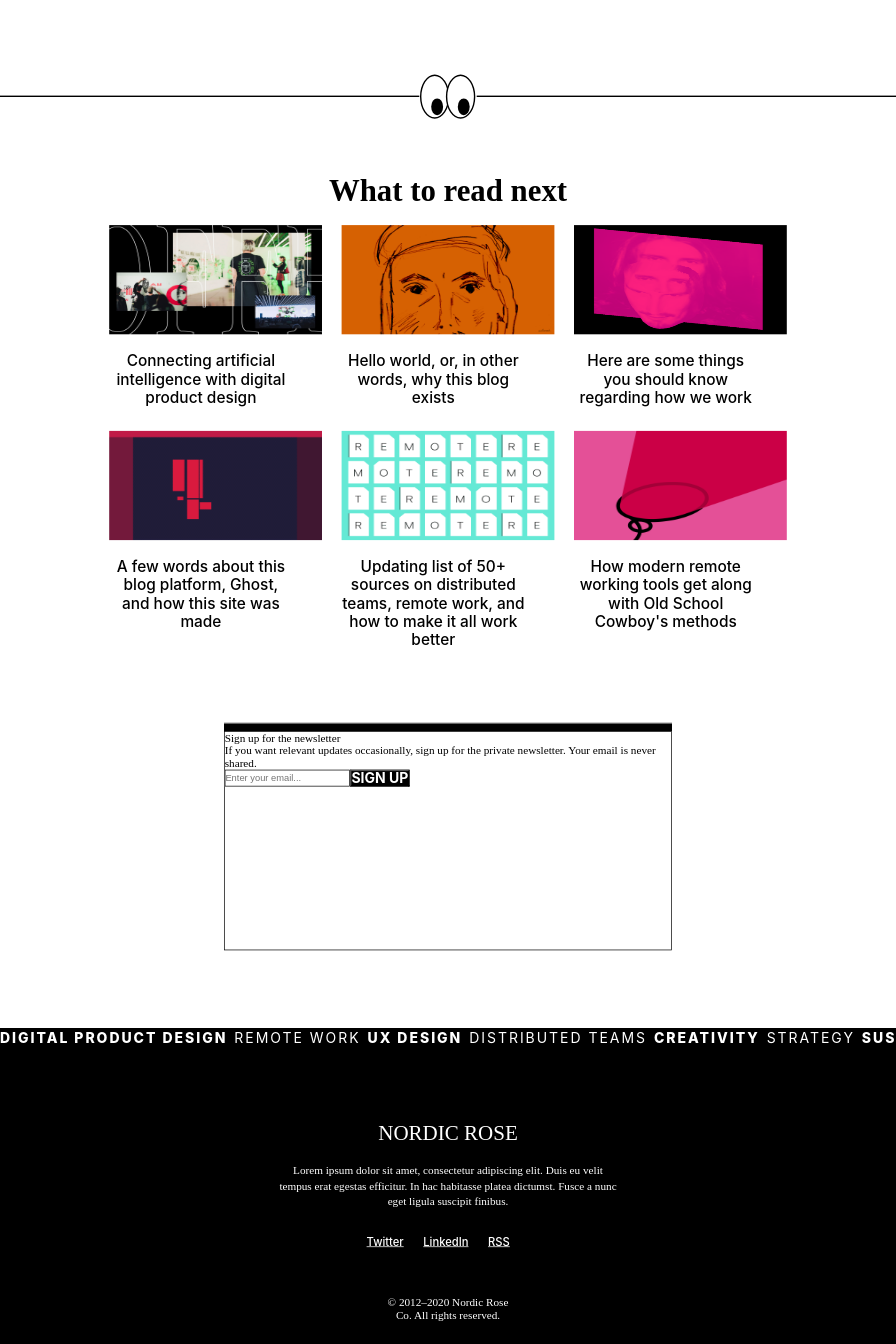
Repository: ThuTrang-jvb/JVB-BT1
Page: Page 3/article.html
These files come from the project's save history. The page is drawn as it stood at one moment and after the next save; the edit follows.
The browser window is 1280 px wide. The pictures show the part of the page from y = 3931 to 5851 px (the page is 5851 px tall), at 70% of full size.

Above is the page before, as saved 2025-06-30 10:14:33.

After the next save:
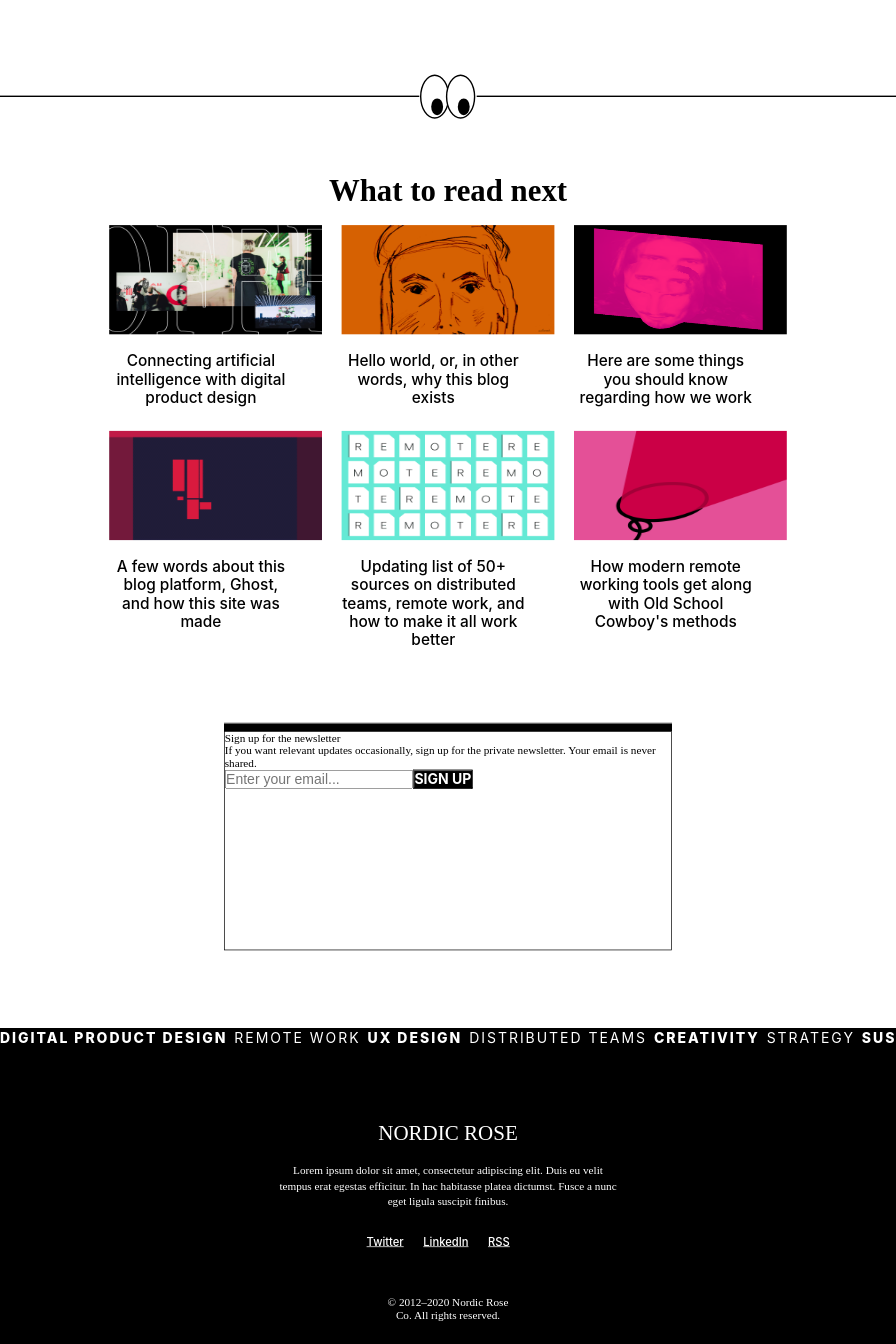
Saved 6 s later.
--- a/Page 3/styleArticle.css
+++ b/Page 3/styleArticle.css
@@ -441,6 +441,11 @@ button {
 }
 input {
     border: 1px solid #000000
+font-family: SF Pro Text;
+font-weight: 400;
+font-size: 20px;
+line-height: 100%;
+letter-spacing: 0%;
 
 }
 
